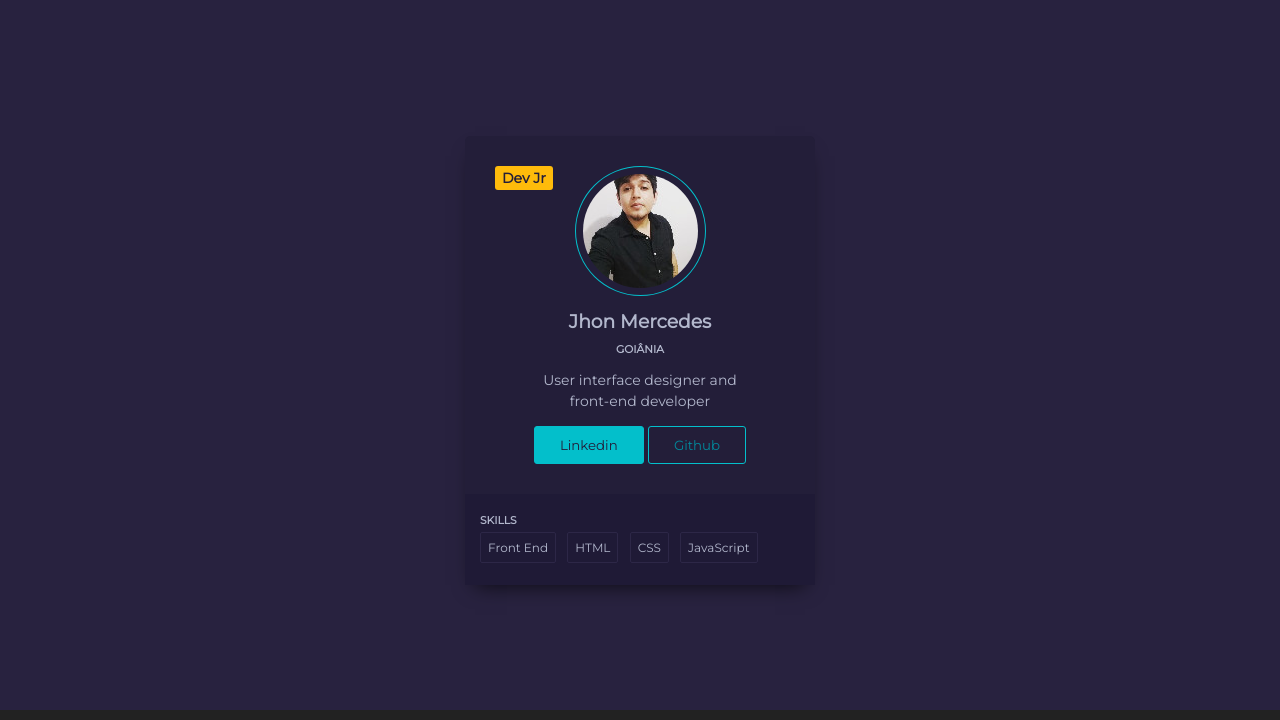
Repository: JhonMercedes/flip-card
Page: index.html
The author's editor kept a copy of each file at every save. The page is drawn from the files as they stood at one save, then again after the next save.
The browser window is 1280 px wide. The pictures show the whole page.

Above is the page before, as saved 2021-12-03 23:46:50.

After the next save:
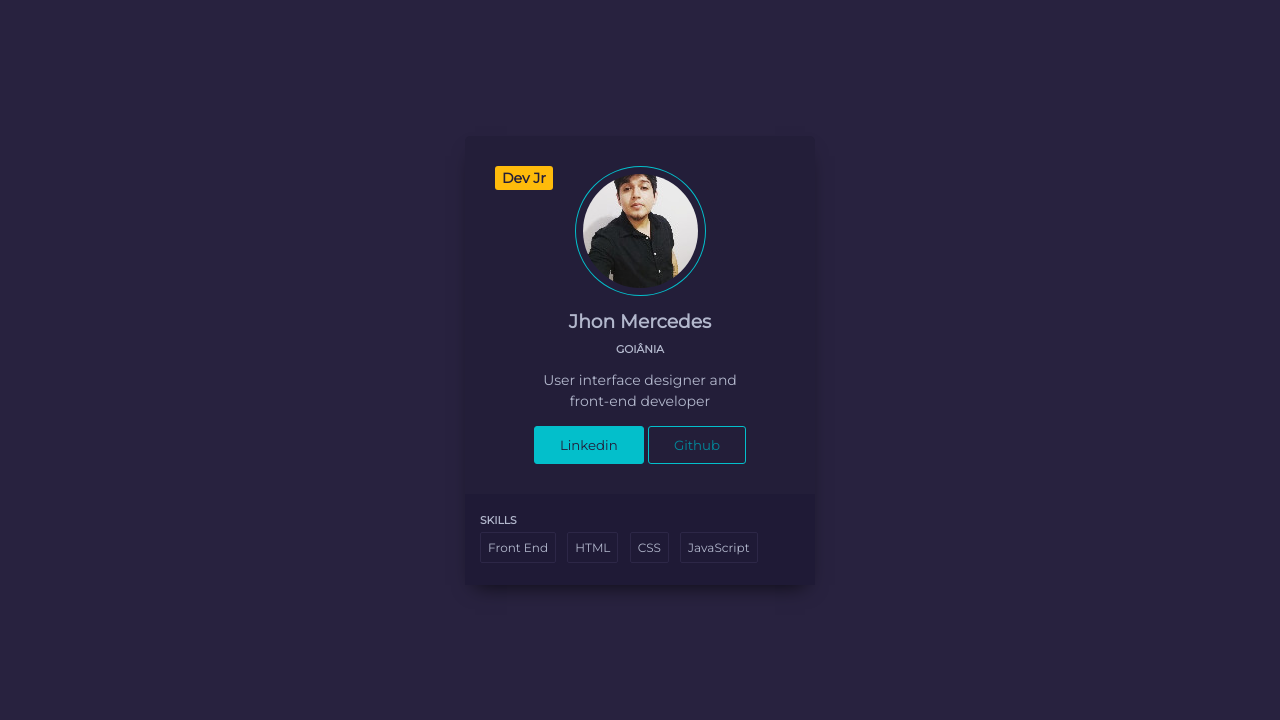
Saved 9 s later.
--- a/index.html
+++ b/index.html
@@ -37,11 +37,7 @@
         </div>
     </div>
 
-    <footer>
-        <p>
 
-        </p>
-    </footer>
 </body>
 
 </html>
